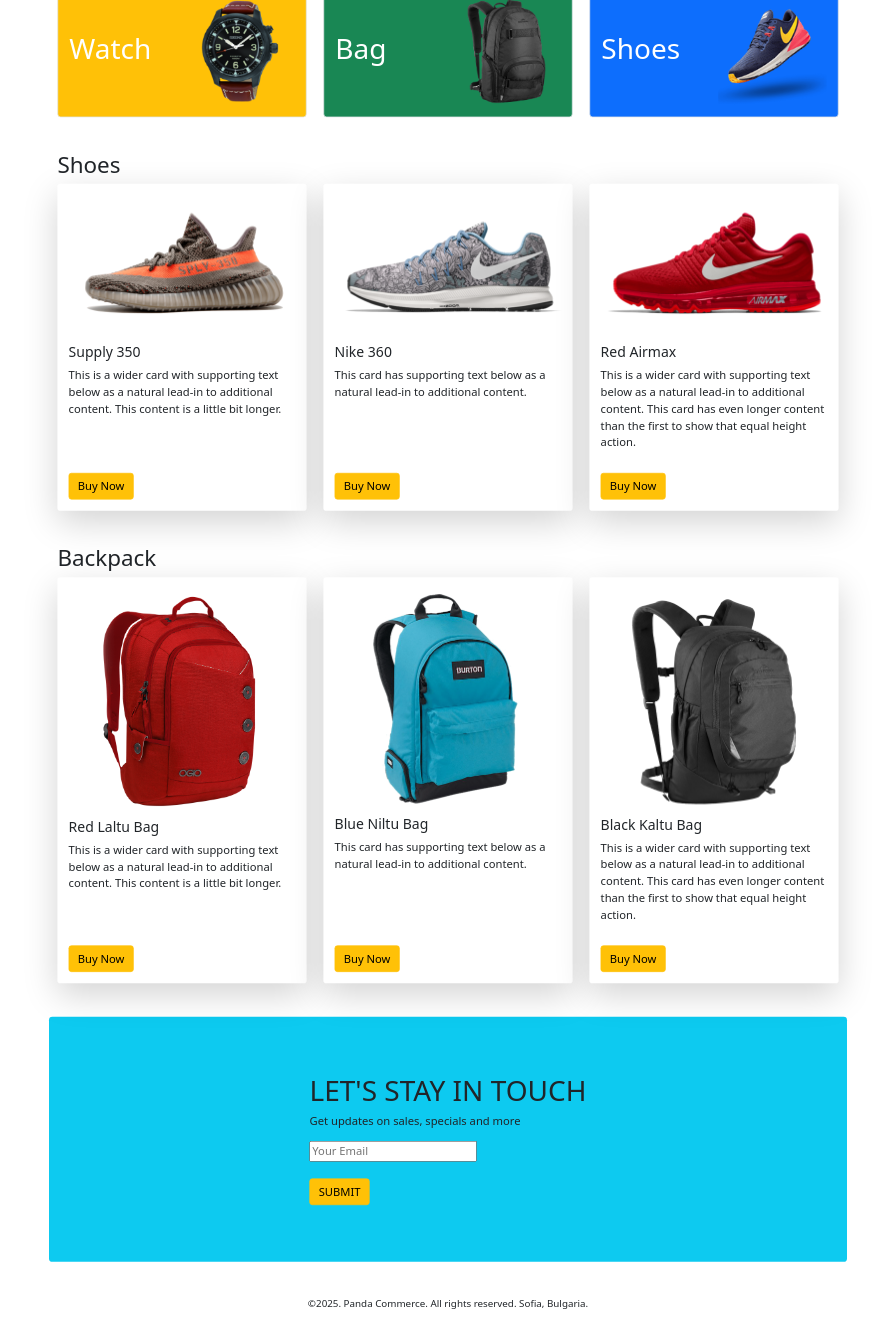
Repository: mdmohiddin/panda-commerce-rp
Page: index.html
The author's editor kept a copy of each file at every save. The page is drawn from the files as they stood at one save, then again after the next save.
The browser window is 1280 px wide. The pictures show the part of the page from y = 661 to 2581 px (the page is 2581 px tall), at 70% of full size.

Above is the page before, as saved 2021-07-28 19:54:43.

### index.html
<!DOCTYPE html>
<html lang="en">
<head>
    <meta charset="UTF-8">
    <meta http-equiv="X-UA-Compatible" content="IE=edge">
    <meta name="viewport" content="width=device-width, initial-scale=1.0">
    <title>panda-commerce</title>
    <!-- Bootstrap Stylesheet -->
    <link href="https://cdn.jsdelivr.net/npm/bootstrap@5.0.2/dist/css/bootstrap.min.css" rel="stylesheet" integrity="sha384-EVSTQN3/azprG1Anm3QDgpJLIm9Nao0Yz1ztcQTwFspd3yD65VohhpuuCOmLASjC" crossorigin="anonymous">

</head>
<body>
    <!-- header star -->
    <header>
        <nav class="navbar navbar-expand-lg navbar-light bg-light">
            <div class="container">
              <a class="navbar-brand" href="#">
                <img src="images/logo.png" alt="">
              </a>
              <button class="navbar-toggler" type="button" data-bs-toggle="collapse" data-bs-target="#navbarSupportedContent" aria-controls="navbarSupportedContent" aria-expanded="false" aria-label="Toggle navigation">
                <span class="navbar-toggler-icon"></span>
              </button>
              <div class="collapse navbar-collapse" id="navbarSupportedContent">

                <ul class="navbar-nav me-auto mb-2 mb-lg-0">

                    <li class="nav-item">
                    <a class="nav-link active" aria-current="page" href="#">Home</a>
                  </li>

                  <li class="nav-item">
                    <a class="nav-link" href="#">Shoes</a>
                  </li>

                  <li class="nav-item">
                    <a class="nav-link" href="#">Backpack</a>
                  </li>

                  <li class="nav-item">
                    <a class="nav-link" href="#">Subscribe</a>
                  </li>

                </ul>
              </div>
            </div>
          </nav>

          <!-- image slider -->
          <section class="container">
            <div id="carouselExampleControls" class="carousel slide" data-bs-ride="carousel">

                <div class="carousel-inner">

                    <div class="carousel-item active">

                        <div class="row bg-info p-5 d-flex align-items-center">
                            <div class="col-lg-7">
                                <h1>Cool Dude Headphone</h1>
                                <p>This is the best headphone in the world for people who just want to waste time in front of funky world.</p>
                                <h1>$420</h1>
                                <button class="btn-warning">Buy Now</button>
                            </div>
                            <div class="col-lg-5">
                                <img src="images/banner-images/headphone.png" class="d-block w-100" alt="...">
                            </div>
                        </div>
                  </div>

                  <div class="carousel-item">
                    <div class="row bg-info p-5 d-flex align-items-center">
                        <div class="col-lg-7">
                            <h1>Mega LCD TV For Sports</h1>
                            <p>This is the best headphone in the world for people who just want to waste time in front of funky world.</p>
                            <h1>$420</h1>
                            <button class="btn-warning">Buy Now</button>
                        </div>
                        <div class="col-lg-5">
                            <img src="images/banner-images/tv.png" class="d-block w-100" alt="...">
                        </div>
                    </div>
                  </div>

                  <div class="carousel-item">
                    <div class="row bg-info p-5 d-flex align-items-center">
                        <div class="col-lg-7">
                            <h1>X-Box for your living room</h1>
                            <p>This is the best headphone in the world for people who just want to waste time in front of funky world.</p>
                            <h1>$600</h1>
                            <button class="btn-warning">Buy Now</button>
                        </div>
                        <div class="col-lg-5">
                            <img src="images/banner-images/xbox.png" class="d-block w-100" alt="...">
                        </div>
                    </div>
                  </div>
                </div>
                <button class="carousel-control-prev" type="button" data-bs-target="#carouselExampleControls" data-bs-slide="prev">
                  <span class="carousel-control-prev-icon" aria-hidden="true"></span>
                  <span class="visually-hidden">Previous</span>
                </button>
                <button class="carousel-control-next" type="button" data-bs-target="#carouselExampleControls" data-bs-slide="next">
                  <span class="carousel-control-next-icon" aria-hidden="true"></span>
                  <span class="visually-hidden">Next</span>
                </button>
              </div>
          </section>
    </header>
    <!-- header end -->

    <main>
        <!-- catergories -->
        <section class="container my-5">
                <div class="row g-4">

                  <div class="col-lg-4 col-md-6 col-12">
                    <div class="p-3 border bg-warning d-flex align-items-center d-flex justify-content-between rounded-3">
                        <h1 class="text-white">Watch</h1>
                        <img src="images/categories/watch.png" alt="">
                    </div>
                  </div>

                  <div class="col-lg-4 col-md-6 col-12">
                    <div class="p-3 border bg-success d-flex align-items-center d-flex justify-content-between rounded-3">
                        <h1 class="text-white">Bag</h1>
                        <img src="images/categories/bag.png" alt="">
                    </div>
                  </div>

                  <div class="col-lg-4 col-md-6 col-12">
                    <div class="p-3 border bg-primary d-flex align-items-center d-flex justify-content-between rounded-3">
                        <h1 class="text-white">Shoes</h1>
                        <img src="images/categories/shoes.png" alt="">
                    </div>
                  </div>
                </div>
        </section>

        <!-- Shoes -->
        <section class="container">
            <h2>Shoes</h2>
            <div class="row row-cols-1 row-cols-md-2 row-cols-lg-3 g-4">

                <div class="col">
                  <div class="card h-100 border-0 shadow-lg">
                    <img src="images/shoes/shoe-1.png" class="card-img-top" alt="...">
                    <div class="card-body">
                      <h5 class="card-title">Supply 350</h5>
                      <p class="card-text">This is a wider card with supporting text below as a natural lead-in to additional content. This content is a little bit longer.</p>
                    </div>
                    <div class="m-3">
                     <button class="btn btn-warning">Buy Now</button>
                    </div>
                  </div>
                </div>

                <div class="col">
                  <div class="card h-100 border-0 shadow-lg">
                    <img src="images/shoes/shoe-2.png" class="card-img-top" alt="...">
                    <div class="card-body">
                      <h5 class="card-title">Nike 360</h5>
                      <p class="card-text">This card has supporting text below as a natural lead-in to additional content.</p>
                    </div>
                    <div class="m-3">
                      <button class="btn btn-warning">Buy Now</button>
                    </div>
                  </div>
                </div>

                <div class="col">
                  <div class="card h-100 border-0 shadow-lg">
                    <img src="images/shoes/shoe-3.png" class="card-img-top" alt="...">
                    <div class="card-body">
                      <h5 class="card-title">Red Airmax</h5>
                      <p class="card-text">This is a wider card with supporting text below as a natural lead-in to additional content. This card has even longer content than the first to show that equal height action.</p>
                    </div>
                    <div class="m-3">
                     <button class="btn btn-warning">Buy Now</button>
                    </div>
                  </div>
                </div>
              </div>
        </section>

        <!-- Backpack -->
        <section class="container my-5">
            <h2>Backpack</h2>
            <div class="row row-cols-1 row-cols-md-2 row-cols-lg-3 g-4">

                <div class="col">
                  <div class="card h-100 border-0 shadow-lg">
                    <img src="images/bags/bag-1.png" class="card-img-top" alt="...">
                    <div class="card-body">
                      <h5 class="card-title">Red Laltu Bag</h5>
                      <p class="card-text">This is a wider card with supporting text below as a natural lead-in to additional content. This content is a little bit longer.</p>
                    </div>
                    <div class="m-3">
                     <button class="btn btn-warning">Buy Now</button>
                    </div>
                  </div>
                </div>

                <div class="col">
                  <div class="card h-100 border-0 shadow-lg">
                    <img src="images/bags/bag-2.png" class="card-img-top" alt="...">
                    <div class="card-body">
                      <h5 class="card-title">Blue Niltu Bag</h5>
                      <p class="card-text">This card has supporting text below as a natural lead-in to additional content.</p>
                    </div>
                    <div class="m-3">
                      <button class="btn btn-warning">Buy Now</button>
                    </div>
                  </div>
                </div>

                <div class="col">
                  <div class="card h-100 border-0 shadow-lg">
                    <img src="images/bags/bag-3.png" class="card-img-top" alt="...">
                    <div class="card-body">
                      <h5 class="card-title">Black Kaltu Bag</h5>
                      <p class="card-text">This is a wider card with supporting text below as a natural lead-in to additional content. This card has even longer content than the first to show that equal height action.</p>
                    </div>
                    <div class="m-3">
                     <button class="btn btn-warning">Buy Now</button>
                    </div>
                  </div>
                </div>
              </div>
        </section>

        <!-- Subscription -->
        <section style="height: 350px;" class="container d-flex justify-content-center bg-info d-flex align-items-center rounded-3">
            <div>
                <h1>LET'S STAY IN TOUCH</h1>
                <p>Get updates on sales, specials and more</p>
                <input type="text" form-control placeholder="Your Email">
                <br><br>
                <button class="btn btn-warning">SUBMIT</button>
                </div>
        </section>
    </main>
    <footer class="my-5 text-lg-center">
       <small> <p>©2025. Panda Commerce. All rights reserved. Sofia, Bulgaria.</p></small>
    </footer>

    <!-- Bootstrap JS -->
    <script src="https://cdn.jsdelivr.net/npm/bootstrap@5.0.2/dist/js/bootstrap.bundle.min.js" integrity="sha384-MrcW6ZMFYlzcLA8Nl+NtUVF0sA7MsXsP1UyJoMp4YLEuNSfAP+JcXn/tWtIaxVXM" crossorigin="anonymous"></script>
</body>
</html>

After the next save:
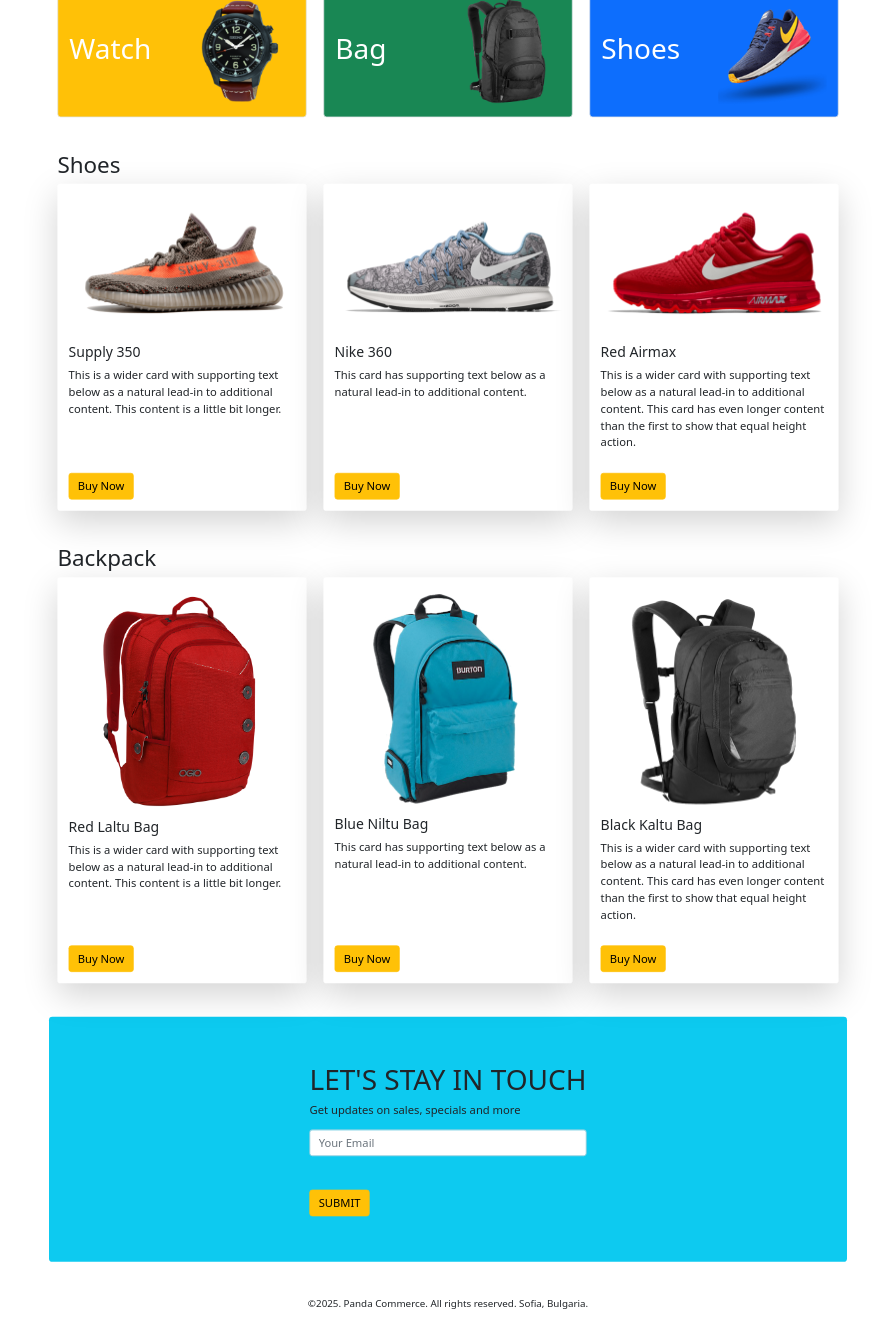
Saved 22 s later.
--- a/index.html
+++ b/index.html
@@ -232,7 +232,7 @@
             <div>
                 <h1>LET'S STAY IN TOUCH</h1>
                 <p>Get updates on sales, specials and more</p>
-                <input type="text" form-control placeholder="Your Email">
+                <input type="text" class="form-control" placeholder="Your Email">
                 <br><br>
                 <button class="btn btn-warning">SUBMIT</button>
                 </div>
